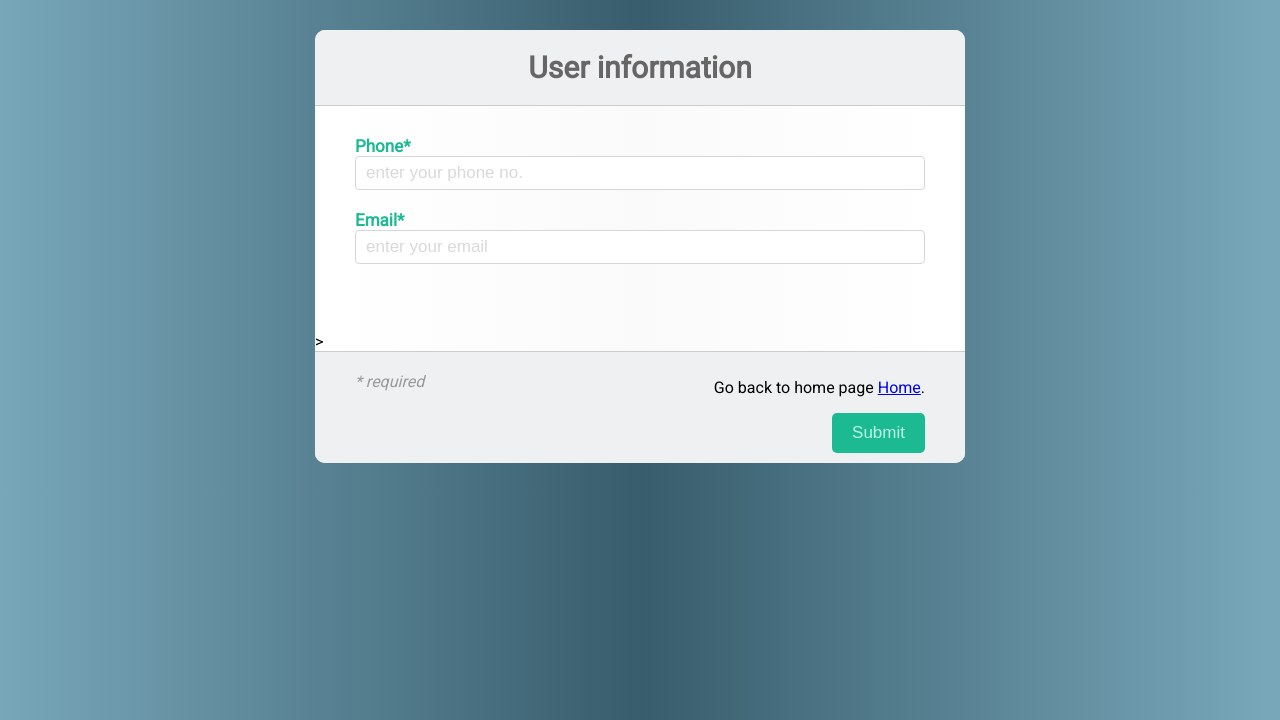
Repository: HT13M19/kuldeep
Page: GGGG/Demo2/src/main/webapp/UserInfo.html
These files come from the project's save history. The page is drawn as it stood at one moment and after the next save; the edit follows.
The browser window is 1280 px wide. The pictures show the whole page.

Above is the page before, as saved 2023-09-24 09:10:43.

### GGGG/Demo2/src/main/webapp/UserInfo.html
<!DOCTYPE html>
<html>
  <head>
    <meta charset="utf-8">
    <title>HTML CSS Register Form</title>
    <link rel="stylesheet" href="style.css">
  </head>
  <body>
    <form class="signup-form" action="userinfo" method="get">
      <!-- form header -->
      <div class="form-header">
        <h1>User information</h1>
      </div>

      <!-- form body -->
      <div class="form-body">
        <!-- Phone-->
        <div class="form-group">
          <label for="Phone" class="label-title">Phone*</label>
          <input type="text" id="phone" name="PHONE" class="form-input" placeholder="enter your phone no." required="required" maxlength="10">
        </div>

        <!-- Email -->
        <div class="form-group">
          <label for="email" class="label-title">Email*</label>
          <input type="email" id="email" name="EMAIL" class="form-input" placeholder="enter your email" required="required">
        </div>

          </div>

<br>
<br>
>
      <!-- form-footer -->
      <div class="form-footer">
        <span>* required</span>
        <p>Go back to home page <a href="main.jsp">Home</a>.</p>
        <button type="submit" class="btn">Submit</button>
      </div>

    </form>

  </body>
</html>

### GGGG/Demo2/src/main/webapp/style.css

/*---------------------------------------*/
/* Font */
/*---------------------------------------*/
@import url('https://fonts.googleapis.com/css?family=Roboto');


/*---------------------------------------*/
/* Register Form */
/*---------------------------------------*/
body {
  background:linear-gradient(to right, #78a7ba 0%, #385D6C 50%, #78a7ba 99%);
}

.signup-form {
  font-family: "Roboto", sans-serif;
  width:650px;
  margin:30px auto;
  background:linear-gradient(to right, #ffffff 0%, #fafafa 50%, #ffffff 99%);
  border-radius: 10px;
}

/*---------------------------------------*/
/* Form Header */
/*---------------------------------------*/
.form-header  {
  background-color: #EFF0F1;
  border-top-left-radius: 10px;
  border-top-right-radius: 10px;
}

.form-header h1 {
  font-size: 30px;
  text-align:center;
  color:#666;
  padding:20px 0;
  border-bottom:1px solid #cccccc;
}

/*---------------------------------------*/
/* Form Body */
/*---------------------------------------*/
.form-body {
  padding:10px 40px;
  color:#666;
}

.form-group{
  margin-bottom:20px;
}

.form-body .label-title {
  color:#1BBA93;
  font-size: 17px;
  font-weight: bold;
}

.form-body .form-input {
    font-size: 17px;
    box-sizing: border-box;
    width: 100%;
    height: 34px;
    padding-left: 10px;
    padding-right: 10px;
    color: #333333;
    text-align: left;
    border: 1px solid #d6d6d6;
    border-radius: 4px;
    background: white;
    outline: none;
}



.horizontal-group .left{
  float:left;
  width:49%;
}

.horizontal-group .right{
  float:right;
  width:49%;
}

input[type="file"] {
  outline: none;
  cursor:pointer;
  font-size: 17px;
}

#range-label {
  width:15%;
  padding:5px;
  background-color: #1BBA93;
  color:white;
  border-radius: 5px;
  font-size: 17px;
  position: relative;
  top:-8px;
}


::-webkit-input-placeholder  {
  color:#d9d9d9;
}

/*---------------------------------------*/
/* Form Footer */
/*---------------------------------------*/
.signup-form .form-footer  {
  background-color: #EFF0F1;
  border-bottom-left-radius: 10px;
  border-bottom-right-radius: 10px;
  padding:10px 40px;
  text-align: right;
  border-top: 1px solid #cccccc;
  clear:both;
}

.form-footer span {
  float:left;
  margin-top: 10px;
  color:#999;
  font-style: italic;
  font-weight: thin;
}

.btn {
   display:inline-block;
   padding:10px 20px;
   background-color: #1BBA93;
   font-size:17px;
   border:none;
   border-radius:5px;
   color:#bcf5e7;
   cursor:pointer;
}

.btn:hover {
  background-color: #169c7b;
  color:white;
}

After the next save:
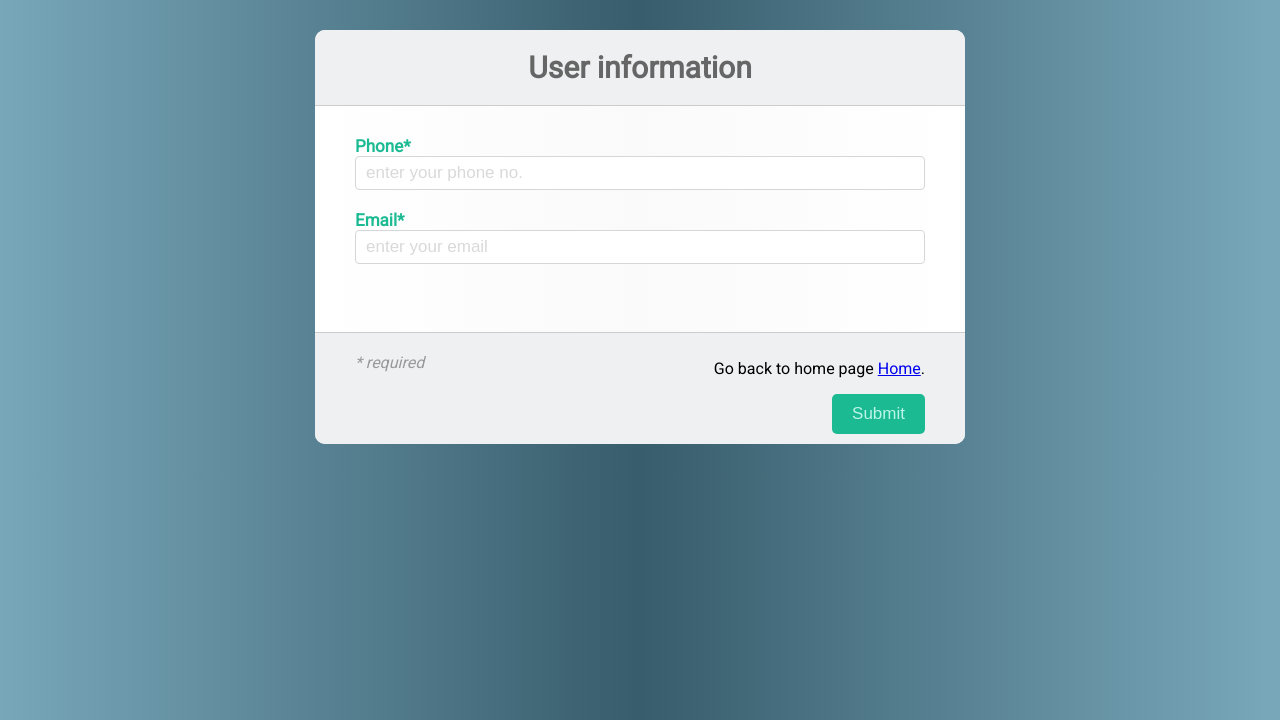
Saved 37 s later.
--- a/GGGG/Demo2/src/main/webapp/UserInfo.html
+++ b/GGGG/Demo2/src/main/webapp/UserInfo.html
@@ -30,7 +30,7 @@
 
 <br>
 <br>
->
+
       <!-- form-footer -->
       <div class="form-footer">
         <span>* required</span>
